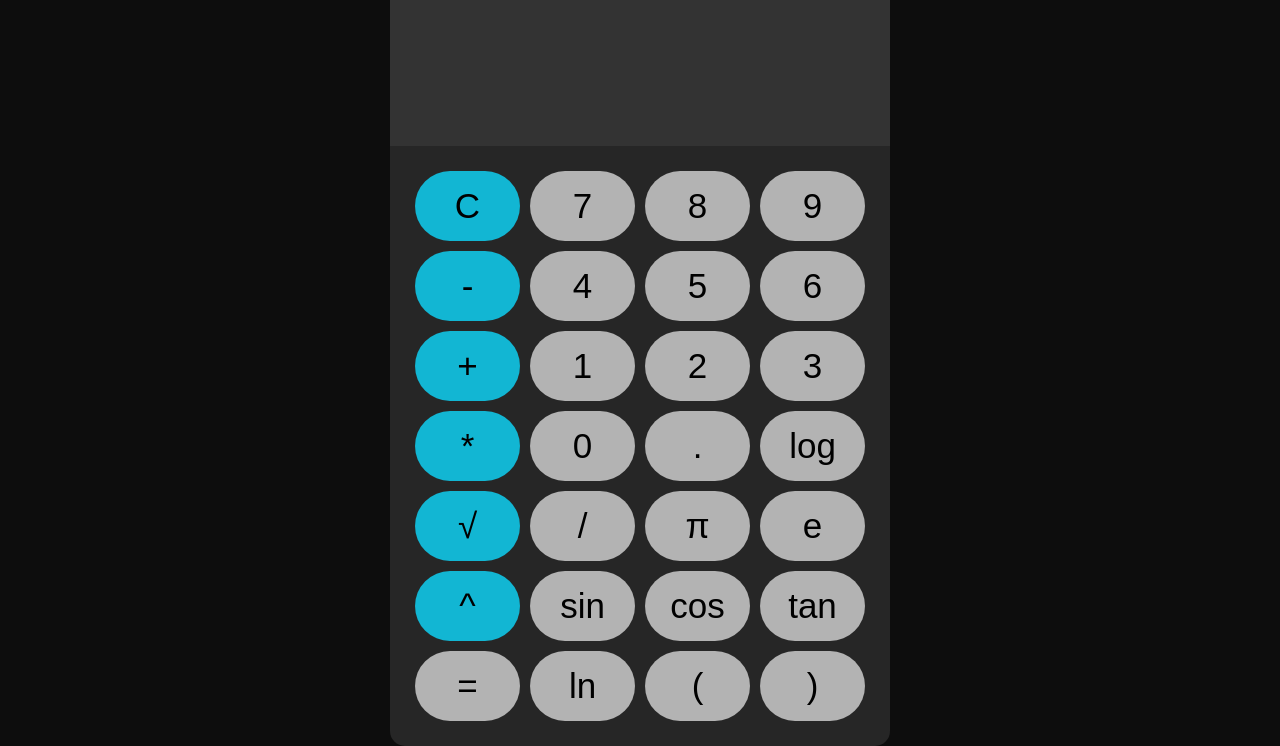
Repository: Haakim19/JavaScript
Page: Calculater/Main.html
These files come from the project's save history. The page is drawn as it stood at one moment and after the next save; the edit follows.
The browser window is 1280 px wide. The pictures show the whole page.

Above is the page before, as saved 2024-10-23 15:02:52.

### Calculater/Main.html
<!DOCTYPE html>
<html lang="en">
<head>
    <meta charset="UTF-8">
    <meta name="viewport" content="width=device-width, initial-scale=1.0">
    <title>Calculator</title>
    <link rel="stylesheet" href="Main.css">
</head>
<body>
    <div id="calculator">
        <div id="calculator-normal">
            <input id= "display1" readonly>
            <input id="display2" readonly>
            <div id="keys">
                <button onclick="clearDisplay()" class="operator-btn">C</button>
                <button onclick="appentToDisplay('7')">7</button>
                <button onclick="appentToDisplay('8')">8</button>
                <button onclick="appentToDisplay('9')">9</button>
                <button onclick="appentToDisplay('-')" class="operator-btn">-</button>
                <button onclick="appentToDisplay('4')">4</button>
                <button onclick="appentToDisplay('5')">5</button>
                <button onclick="appentToDisplay('6')">6</button>
                <button onclick="appentToDisplay('+')" class="operator-btn">+</button>
                <button onclick="appentToDisplay('1')">1</button>
                <button onclick="appentToDisplay('2')">2</button>
                <button onclick="appentToDisplay('3')">3</button>
                <button onclick="appentToDisplay('*')" class="operator-btn">*</button>
                <button onclick="appentToDisplay('0')">0</button>
                <button onclick="appentToDisplay('.')" >.</button>

                <button onclick="appentToDisplay('log10()')">log</button>
                <button onclick="appentToDisplay('sqrt')" class="operator-btn">√</button>
                <button onclick="appentToDisplay('/')">/</button>
                <button onclick="appendToDisplay('PI')">π</button>
                <button onclick="appentToDisplay('e()')">e</button>
                <button onclick="appendToDisplay('root')" class="operator-btn">^</button>
                <button onclick="appentToDisplay('sin')">sin</button>
                <button onclick="appentToDisplay('cos')">cos</button>
                <button onclick="appentToDisplay('tan')">tan</button>
                <button onclick="calculate()">=</button>
                <button onclick="appentToDisplay('ln')">ln</button>
                <button onclick="appentToDisplay(value)"><span>&#40;</span></button>
                <button onclick="appentToDisplay(value)"><span>&#41;</span></button>
            </div>
        </div>

    </div>
<script src="Main.js"></script>
</body>
</html>

### Calculater/Main.css
body{
    margin: 0;
    display: flex;
    justify-content: center;
    align-items: center;
    height: 100vh;
    background-color: hsl(0,0%, 5%);
    background-image: url();
}
#calculate{
    font-family:sans-serif;
    box-shadow: 0 4px 10px rgba(0, 0, 0, 0.1);
}
#calculator-normal{
    background-color: hsl(0, 0%, 15%);
    border-radius: 15px;
    max-width: 500px;
    overflow: hidden;
}

#display1{
    width: 100%;
    padding: 20px;
    font-size: 2rem;
    border: none;
    text-align: left;
    padding-right: -15px;
    color: white;
    background-color: hsl(0, 0%, 20%);

}
#display2{
    width: 100%;
    padding: 20px;
    font-size: 3rem;
    border: none;
    text-align: left;
    padding-right: -15px;
    color: white;
    background-color: hsl(0, 0%, 20%);

}
#keys{
    display: grid;
    grid-template-columns: repeat(4, 1fr);
    gap: 10px;
    padding: 25px;
}
/* #keys-normal{
    width: 80px;
    height: 60px;
    color: white;
    border-radius: 50px;
    border: none;
    font-size: 3rem;
    background-color: hsl(0, 0%, 30%);
    font-weight: bold;
    cursor: pointer;
} */
/* button{
    width: 80px;
    height: 60px;
    color: white;
    border-radius: 50px;
    border: none;
    font-size: 3rem;
    background-color: hsl(0, 0%, 30%);
    font-weight: bold;
    cursor: pointer;
} */
button{
    width: 100%;
    padding: 15px;
    font-size: 35px;
    border: none;
    border-radius: 40px;
    background-color: hsl(0, 0%, 70%);
    cursor: pointer;
    transition: background-color 0.5s;
    /* animation: scale 5s infinite; */
    /* animation-iteration-count: infinite; */
}

button:hover{
    background-color: hsl(0, 0%, 40%);
}

button:active{
    background-color: hsl(0, 0%, 50%);
}

.operator-btn{
    background-color: hsl(189, 84%, 45%);
}

.operator-btn:hover{
    background-color: hsl(189, 84%, 65%);
}

.operator-btn:active{
    background-color: hsl(189, 84%, 75%);
}
/* @keyframes scale{
    0%{ background-color: hsl(0, 0%, 70%); }
    50%{
        background-color: hsl(0, 0%, 50%);
    }
    100%{
        background-color: hsl(0, 0%, 30%);
    }
} */

### Calculater/Main.js
// const display1 = document.getElementById('display1');
// const display2 = document.getElementById('display2');

// function appentToDisplay(input){
//     display2.value += input;
// }
// function clearDisplay(){
//     display1.value = '';
//     display2.value = '';
// }
// function calculate(){
//     try{
//         let expression = display2.value
//         .replace(/sin/g, 'Math.sin()')
//         .replace(/cos/g, 'Math.cos()')
//         .replace(/tan/g, 'Math.tan()')
//         .replace(/√/g, 'Math.sqrt()')
//         .replace(/π/g, 'Math.PI')
//         .replace(/log/g, 'Math.log10()')
//         .replace(/ln/g, 'Math.log()')
//         .replace(/\^/g, '**');

//         display1.value = eval(display2.value);}
//     catch{
//         display2.value = 'Error';
//     }

// }
// Main.js

// Function to append values to the display
function appentToDisplay(value) {
    const display1 = document.getElementById("display1");
    const display2 = document.getElementById("display2");
    if (value === "π") {
        display2.value += Math.PI;
        console.log("PI");
    } else if (value === "e()") {
        display2.value += Math.E;
        // console.log("e");
    } else if (value === "log10()") {
        display2.value += Math.log10();
        // console.log("Log10");
    } else if (value === "sqrt()") {
        display2.value += Math.sqrt();
        // console.log("π");
    } else if (value === "sin()") {
        display2.value += Math.sin();
        // console.log("π");
    } else if (value === "cos()") {
        display2.value += Math.cos();
        // console.log("π");
    } else if (value === "tan()") {
        display2.value += Math.tan();
        // console.log("π");
    } else if (value === "ln()") {
        display2.value += Math.log();
        // console.log("π");
    } else {
        display2.value += value;
    }
}

// Function to clear the display
function clearDisplay() {
    document.getElementById("display1").value = "";
    document.getElementById("display2").value = "";
}

// Function to calculate the result
function calculate() {
    const display1 = document.getElementById("display1");
    const display2 = document.getElementById("display2");
    try {
        // Use eval to calculate the expression in display1
        let result = eval(display2.value);
        display1.value = result;
    } catch (error) {
        display2.value = "Error";
    }
}

// Additional functions for mathematical operations
function appendToDisplay(value) {

}

After the next save:
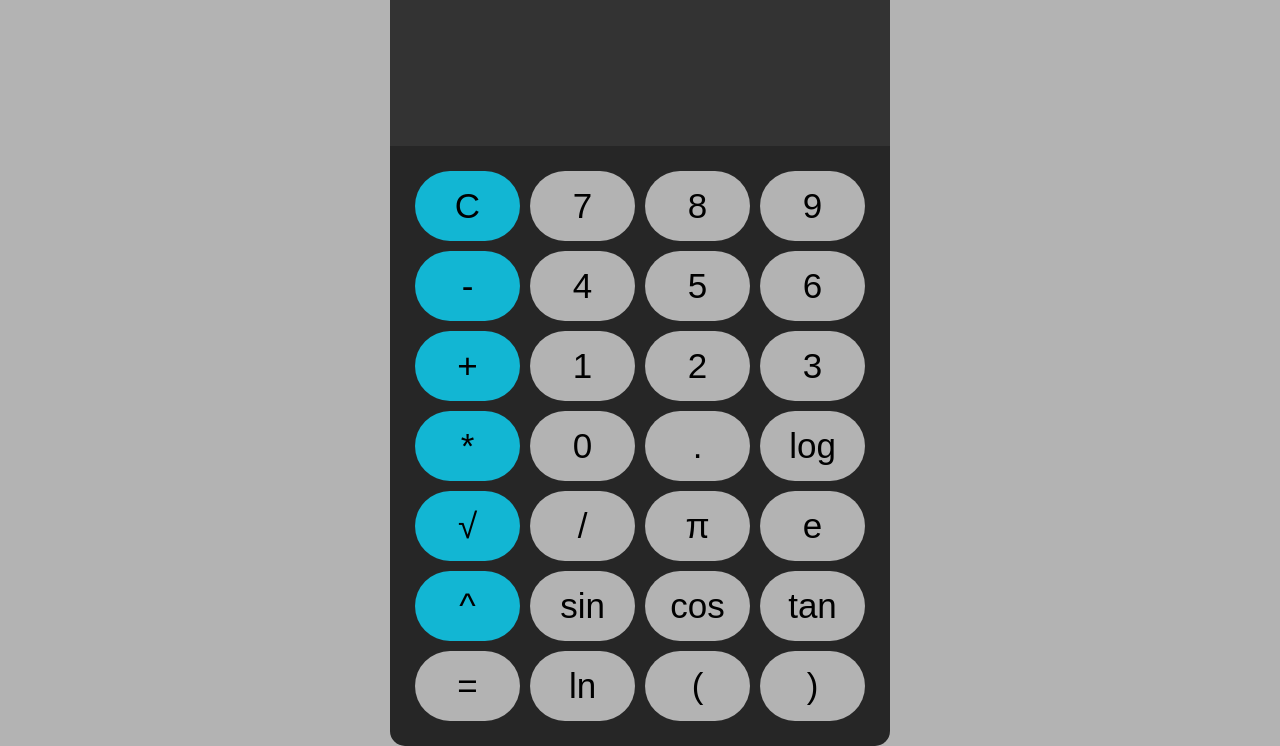
Saved 9 min 7 s later.
--- a/Calculater/Main.css
+++ b/Calculater/Main.css
@@ -6,6 +6,7 @@ body{
     height: 100vh;
     background-color: hsl(0,0%, 5%);
     background-image: url();
+    animation:scale 5s infinite;
 }
 #calculate{
     font-family:sans-serif;
@@ -100,7 +101,7 @@ button:active{
 .operator-btn:active{
     background-color: hsl(189, 84%, 75%);
 }
-/* @keyframes scale{
+@keyframes scale{
     0%{ background-color: hsl(0, 0%, 70%); }
     50%{
         background-color: hsl(0, 0%, 50%);
@@ -108,4 +109,4 @@ button:active{
     100%{
         background-color: hsl(0, 0%, 30%);
     }
-} */
+}
